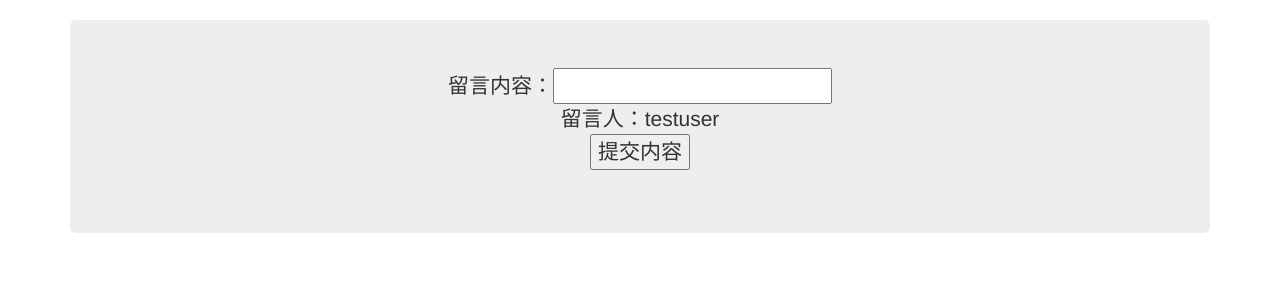
Repository: suxiaohutot/PHP
Page: http://localhost/liuyanhtml.php
The author's editor kept a copy of each file at every save. The page is drawn from the files as they stood at one save, then again after the next save.
The browser window is 1280 px wide. The pictures show the whole page.
The page is run by PHP 8.4 with error messages shown; the project is at /var/www/html/. The session is filled in as if someone had signed in: {"username": "testuser", "id": 1}.

Above is the page before, as saved 2019-11-01 08:40:35.

After the next save:
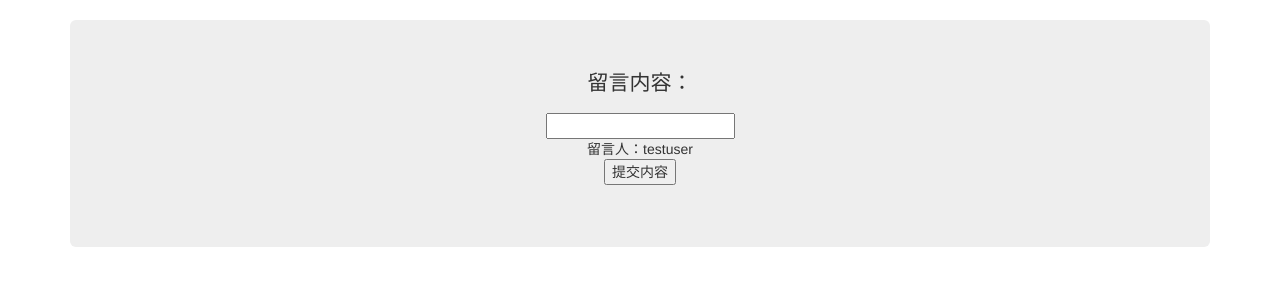
Saved 6 s later.
--- a/test/liuyanhtml.php
+++ b/test/liuyanhtml.php
@@ -14,7 +14,7 @@ session_start();
 <div class="container">
 	<div class="jumbotron">
         <form action="liuyan.php" method="post">
-		<p>留言内容：<input type="text" name="cont">
+		<p>留言内容：</p><input type="text" name="cont">
         <br>
 		留言人：<?php echo $_SESSION['username'] ?>
         <br>
